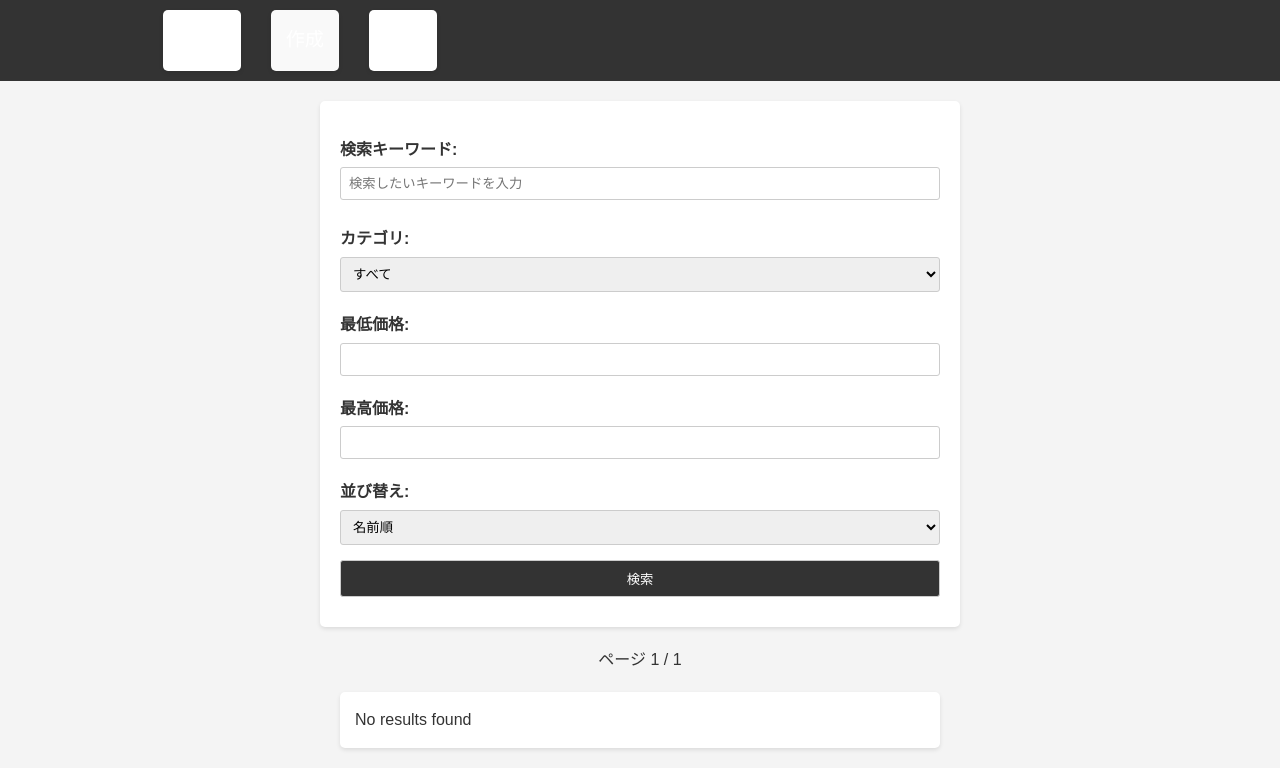
Repository: mamesuke7274/2024_kouki_kuwayamasyoutarou
Page: http://localhost/
These files come from the project's save history. The page is drawn as it stood at one moment and after a run of saves; the edit follows.
The browser window is 1280 px wide. The pictures show the whole page.
The page is served by the project's application, run on Django 4.2 (manage.py). Other server files are loaded and not shown. Queries for data that is not in the repository find no rows.

Above is the page before, as saved 2024-10-23 14:35:31.

### search_app/views.py
from django.shortcuts import render, get_object_or_404, redirect
from .models import Product, Category
from .forms import ProductForm, SearchForm
from django.core.paginator import Paginator

def product_create(request):
    if request.method == 'POST':
        form = ProductForm(request.POST)
        if form.is_valid():
            form.save()
            return redirect('product_list')
    else:
        form = ProductForm()
    return render(request, 'product_form.html', {'form': form})

def product_detail(request, pk):
    product = get_object_or_404(Product, pk=pk)

    return render(request, 'product_detail.html', {'product': product})

def product_update(request, pk):
    product = get_object_or_404(Product, pk=pk)
    if request.method == 'POST':
        form = ProductForm(request.POST, instance=product)
        if form.is_valid():
            form.save()
            return redirect('product_detail', pk=product.pk)
    else:
        form = ProductForm(instance=product)
    # product オブジェクトをテンプレートに渡す
    return  render(request,  'product_form.html',  {'form':  form,  'product': product})

def product_delete(request, pk):
    product = get_object_or_404(Product, pk=pk)
    if request.method == 'POST':
        product.delete()
        return redirect('product_list')
    return render(request, 'product_confirm_delete.html', {'product': product})

def product_list(request):
    products = Product.objects.all()
    print(products)
    return render(request, 'product_list.html', {'products': products})

def search_view(request):
    form = SearchForm(request.GET or None)
    results = Product.objects.all()  # クエリセットの初期化
    if form.is_valid():
        query = form.cleaned_data['query']
        if query:
            results = results.filter(name__icontains=query)
    # カテゴリフィルタリング
    category_name = request.GET.get('category')
    if category_name:
        try:
            # カテゴリ名に基づいてカテゴリIDを取得
            category = Category.objects.get(name=category_name)
            results = results.filter(category_id=category.id)
        except Category.DoesNotExist:
            results = results.none() # 存在しないカテゴリの場合、結果を空にする
            category = None

    # 価格のフィルタリング（最低価格・最高価格）
    min_price = request.GET.get('min_price')
    max_price = request.GET.get('max_price')
    if min_price:
        results = results.filter(price__gte=min_price)
    if max_price:
        results = results.filter(price__lte=max_price)

    # 並び替え処理
    sort_by = request.GET.get('sort', 'name')
    if sort_by == 'price_asc':
        results = results.order_by('price')
    elif sort_by == 'price_desc':
        results = results.order_by('-price')

    # クエリセットをリストに変換せず、直接Paginatorに渡す
    paginator = Paginator(results, 10)
    page_number = request.GET.get('page')
    page_obj = paginator.get_page(page_number)

    return render(request, 'search.html', {'form': form, 'page_obj': page_obj, 'results': results})

### search_app/templatetags/custom_filters.py
from django import template

register = template.Library()

@register.filter
def to(value):
    try:
        return range(1, value + 1)
    except TypeError:
        return []

### search_app/templates/search.html
<!DOCTYPE html>
<html lang="en">

<head>
    <meta charset="UTF-8">
    <meta name="viewport" content="width=device-width, initial-scale=1.0">
    <title>search_app</title>
</head>

<body>
    <style>
        /* 全体の基本スタイル */
        body {
            font-family: Arial, sans-serif;
            line-height: 1.6;
            margin: 0;
            padding: 0;
            background-color: #f4f4f4;
            color: #333;
        }

        header {
            background-color: #333;
            color: #fff;
            padding: 10px 0;
        }

        nav ul {
            list-style: none;
            padding: 0;
            display: flex;
            justify-content: center;
            margin: 0;
        }

        nav ul li {
            margin: 0 15px;
        }

        nav ul li a {
            color: #fff;
            text-decoration: none;
            font-size: 1.2em;
            transition: color 0.3s;
        }

        nav ul li a:hover {
            color: #ddd;
        }

        /* フォームスタイル */
        form {
            background: #fff;
            padding: 20px;
            margin: 20px auto;
            max-width: 600px;
            border-radius: 5px;
            box-shadow: 0 2px 4px rgba(0, 0, 0, 0.1);
        }

        form label {
            display: block;
            margin-top: 10px;
            font-weight: bold;
        }

        form input,
        form select,
        form button {
            width: 100%;
            padding: 8px;
            margin-top: 5px;
            margin-bottom: 10px;
            border: 1px solid #ccc;
            border-radius: 3px;
            box-sizing: border-box;
        }

        form button {
            background-color: #333;
            color: #fff;
            cursor: pointer;
            transition: background-color 0.3s;
        }

        form button:hover {
            background-color: #555;
        }

        /* ページネーションスタイル */
        .pagination {
            text-align: center;
            margin: 20px 0;
        }

        .pagination a {
            text-decoration: none;
            color: #333;
            margin: 0 5px;
            padding: 5px 10px;
            border: 1px solid #333;
            border-radius: 3px;
            transition: background-color 0.3s, color 0.3s;
        }

        .pagination a:hover {
            background-color: #333;
            color: #fff;
        }

        .pagination span {
            display: inline-block;
            margin: 0 5px;
        }

        /* 商品リストスタイル */
        ul {
            list-style: none;
            padding: 0;
            max-width: 600px;
            margin: 20px auto;
        }

        ul li {
            background: #fff;
            margin-bottom: 10px;
            padding: 15px;
            border-radius: 5px;
            box-shadow: 0 2px 4px rgba(0, 0, 0, 0.1);
        }

        #nave {
            background-color: #000;
        }

        ul li:nth-child(even) {
            background-color: #f9f9f9;
        }

        ul li:hover {
            background-color: #f0f0f0;
        }
    </style>
    <header>
        <nav>
            <ul>
                <li class="nave"><a href="{% url 'search_view' %}">home</a></li>
                <li class="nave"><a href="{% url 'product_create' %}">作成</a></li>
                <li class="nave"><a href="{% url 'product_list' %}">一覧</a></li>
            </ul>
        </nav>
    </header>
    <form method="get">
        {{ form.as_p }}
        <label for="category">カテゴリ:</label>
        <select name="category">
            <option value="">すべて</option>
            <option value="プログラミング">本</option>
            <option value="電子機器">電子機器</option>
        </select>
        <label for="min_price">最低価格:</label>
        <input type="number" name="min_price" min="0">
        <label for="max_price">最高価格:</label>
        <input type="number" name="max_price" min="0">
        <!-- 並び替えの選択 -->
        <label for="sort">並び替え:</label>
        <select name="sort">
            <option value="name">名前順</option>
            <option value="price_asc">価格が安い順</option>
            <option value="price_desc">価格が高い順</option>
        </select>
        <button type="submit">検索</button>
    </form>
    <div class="pagination">
        <span class="step-links">
            {% if page_obj.has_previous %}
            <a href="?page=1">最初</a>
            <a href="?page={{ page_obj.previous_page_number }}">前へ</a>
            {% endif %}

            <span>ページ {{ page_obj.number }} /
                {{ page_obj.paginator.num_pages }}</span>

            {% if page_obj.has_next %}
            <a href="?page={{ page_obj.next_page_number }}">次へ</a>
            <a href="?page={{ page_obj.paginator.num_pages }}">最後</a>
            {% endif %}
        </span>
    </div>
    <ul>
        {% for product in page_obj %}
        <li>{{ product.name }} - {{ product.price }}</li>
        {% empty %}
        <li>No results found</li>
        {% endfor %}
    </ul>



</body>

</html>

### search_app/forms.py
from django import forms
from .models import Product

class SearchForm(forms.Form):
    query = forms.CharField(
        label='検索キーワード',
        max_length=100,
        required=False,
        widget=forms.TextInput(attrs={'placeholder': '検索したいキーワードを入力'})
    )

class ProductForm(forms.ModelForm):
    class Meta:
        model = Product
        fields = ['name', 'description', 'price', 'category']

### search_project/urls.py
from django.contrib import admin
from django.urls import path,include

urlpatterns = [
    path('admin/', admin.site.urls),
    path('', include('search_app.urls')),
]

### search_app/urls.py
from django.urls import path
from . import views
urlpatterns = [
    path('', views.search_view, name='search'),
    path('search/', views.search_view, name='search_view'),
    path('product/new/', views.product_create, name='product_create'),
    path('product/<int:pk>/', views.product_detail, name='product_detail'),
    path('product/<int:pk>/edit/',  views.product_update, name='product_update'),
    path('product/<int:pk>/delete',  views.product_delete, name='product_delete'),
    path('product/', views.product_list, name='product_list'),
]

After the next 2 saves:
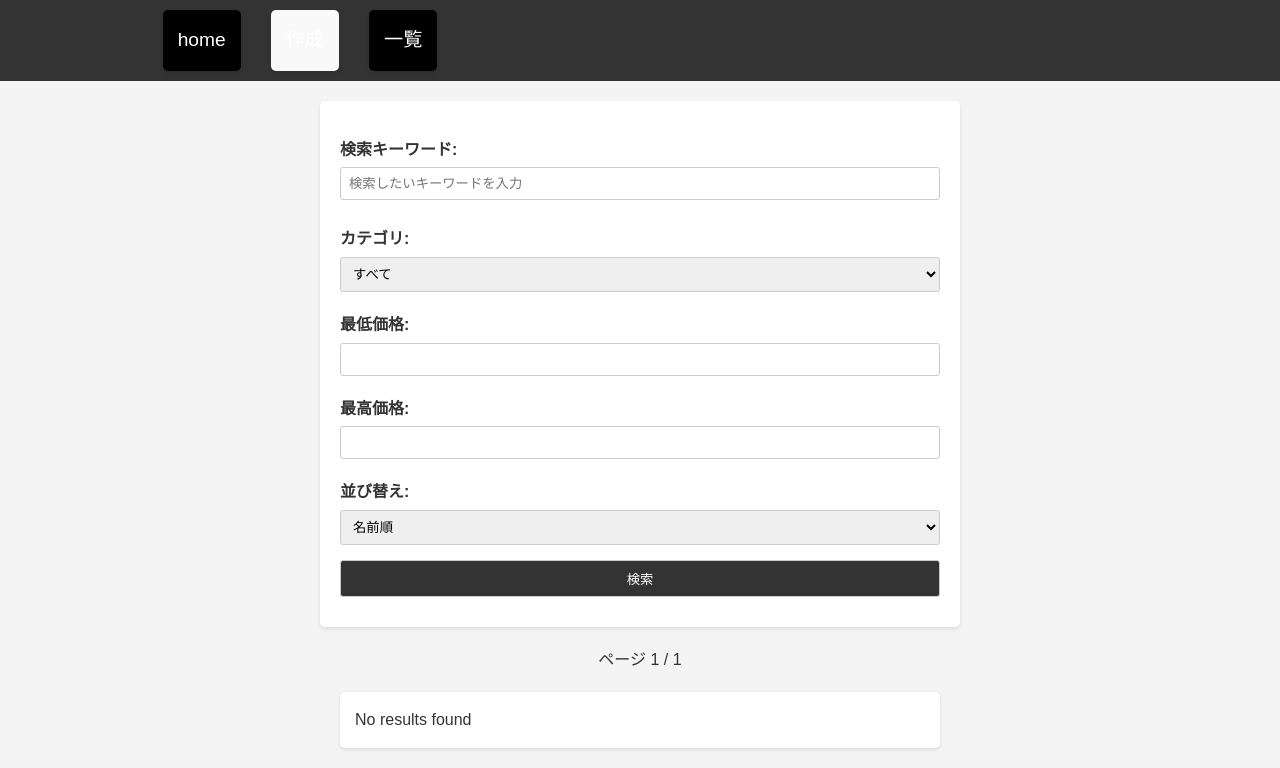
The 2 saves are shown as one change because they came seconds apart.
The last was saved 14 s later.
--- a/search_app/templates/search.html
+++ b/search_app/templates/search.html
@@ -129,7 +129,7 @@
             box-shadow: 0 2px 4px rgba(0, 0, 0, 0.1);
         }
 
-        #nave {
+        .nave {
             background-color: #000;
         }
 
